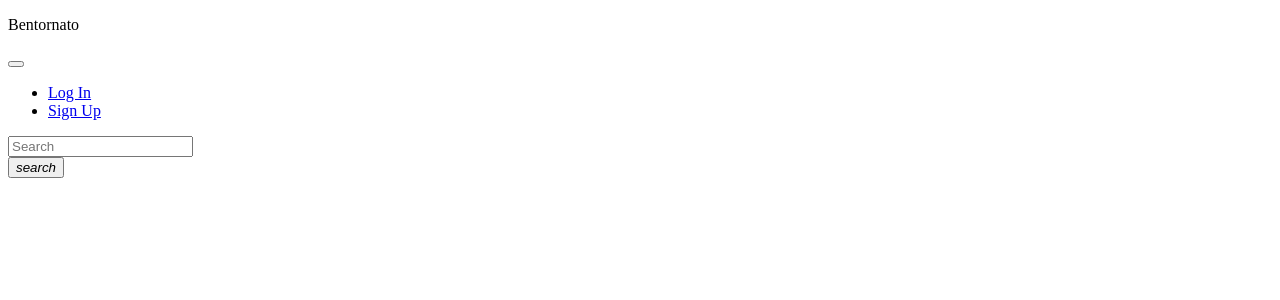
Repository: giovannispaziani/progetto_agile
Page: http://localhost/manager
These files come from the project's save history. The page is drawn as it stood at one moment and after the next save; the edit follows.
The browser window is 1280 px wide. The pictures show the whole page.
The page is served by the project's Laravel application, run on PHP 8.4 with Laravel 8. Other server files are loaded and not shown.

Above is the page before, as saved 2022-05-21 18:43:57.

### routes/web.php
<?php

use Illuminate\Support\Facades\Route;

/*
|--------------------------------------------------------------------------
| Web Routes
|--------------------------------------------------------------------------
|
| Here is where you can register web routes for your application. These
| routes are loaded by the RouteServiceProvider within a group which
| contains the "web" middleware group. Now create something great!
|
*/

Route::get('/', function () {
    return view('home');
});

Auth::routes();

Route::get('/home', [App\Http\Controllers\HomeController::class, 'index'])->name('home');

Auth::routes();

Route::get('/home', [App\Http\Controllers\HomeController::class, 'index'])->name('home');

Route::get('/manager', [App\Http\Controllers\ManagerController::class, 'index'])->name('manager');

### app/Http/Controllers/ManagerController.php
<?php

namespace App\Http\Controllers;

use Illuminate\Http\Request;

class ManagerController extends Controller
{
    public function index()
    {
        return view('manager.index');
    }
}

### resources/views/manager/index.blade.php
<!DOCTYPE html>
<html>
<head>
	<meta charset="utf-8">
	<title>Manager Dashboard</title>
</head>
<body>
<nav class="navbar navbar-expand-lg bg-primary">
    <div class="container">
        <p>Bentornato</p>
      <!-- <a class="navbar-brand" href="#">Bentornato</a><-->
      <button class="navbar-toggler" type="button" data-toggle="collapse" data-target="#navbarTogglerDemo02" aria-controls="navbarTogglerDemo02" aria-expanded="false" aria-label="Toggle navigation">
      <span class="navbar-toggler-bar navbar-kebab"></span>
      <span class="navbar-toggler-bar navbar-kebab"></span>
      <span class="navbar-toggler-bar navbar-kebab"></span>
      </button>

      <div class="collapse navbar-collapse" id="navbarTogglerDemo02">
        <ul class="navbar-nav mr-auto mt-2 mt-lg-0">
          <li class="nav-item active">
            <a class="nav-link" href="login">Log In</a>
          </li>
          <li class="nav-item">
            <a class="nav-link disabled" href="register">Sign Up</a>
          </li>
        </ul>
        <form class="form-inline ml-auto">
            <div class="form-group no-border">
              <input type="text" class="form-control" placeholder="Search">
            </div>
            <button type="submit" class="btn btn-neutral btn-icon btn-round">
                <i class="material-icons">search</i>
            </button>
        </form>
      </div>
    </div>
  </nav>

</body>

</html>

Loaded but not shown: app/Http/Controllers/Auth/ConfirmPasswordController.php (common file); app/Http/Controllers/Controller.php (common file)

After the next save:
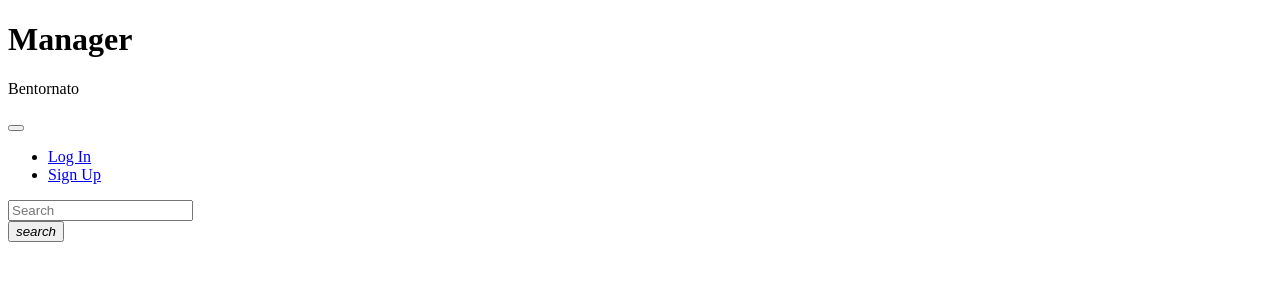
Saved 6 s later.
--- a/resources/views/manager/index.blade.php
+++ b/resources/views/manager/index.blade.php
@@ -5,6 +5,7 @@
 	<title>Manager Dashboard</title>
 </head>
 <body>
+    <h1>Manager</h1>
 <nav class="navbar navbar-expand-lg bg-primary">
     <div class="container">
         <p>Bentornato</p>
